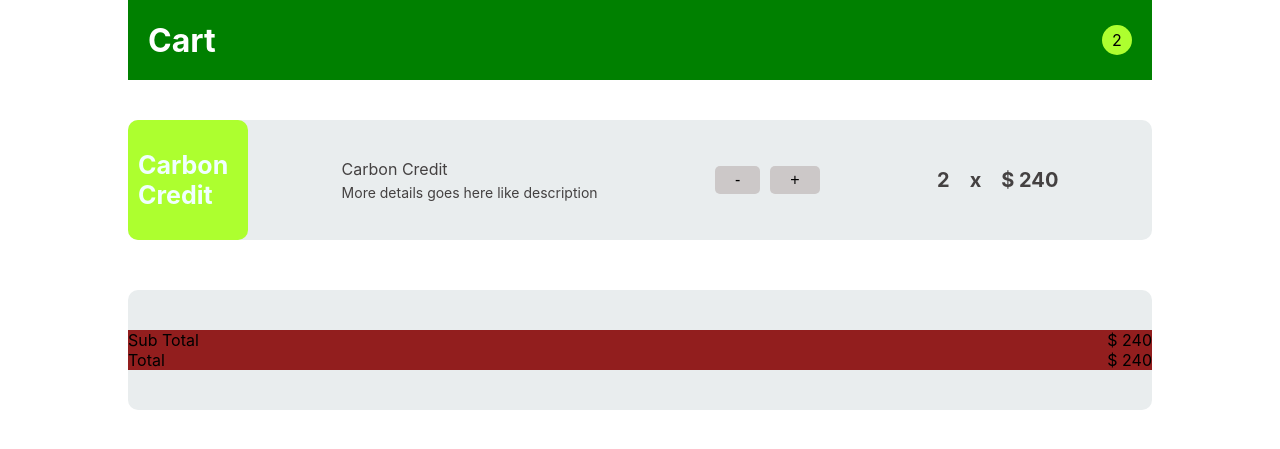
Repository: Yowani24/CarbonApp
Page: /cart
An editor plug-in stored every save of this project. The page is shown before and after the next save, followed by the edit.
The browser window is 1280 px wide. The pictures show the whole page.
The project was rebuilt for these pictures with package versions that can differ from the ones it lists, and the page was loaded fresh each time. The framework's server and built-in components were replaced by stand-ins that run in the browser. Also part of the build but not shown: next.config.js.

Above is the page before, as saved 2021-09-26 21:06:30.

### pages/_app.js
import '../styles/globals.css'
import Cart from './cart';

function MyApp({ Component, pageProps }) {
  return (
    <>
      <Component {...pageProps} />
    </>
  );
}

export default MyApp

### pages/cart/index.js
import React from 'react';
import Head from 'next/head'

import styles from './Cart.module.css'

export default function Cart(props) {
    return (
        <>
          <Head>
              <title>Cart</title>
          </Head>
          <header>
              <div className={styles.interface}>
                    <div className={styles.header_content}>
                        <h1>Cart</h1>
                        <p>2</p>
                    </div>
              </div>
          </header>

          <section>
              <div className={styles.interface}>
                  <div className={styles.boxes}>
                      <div className={styles.content_box}>
                          <div className={styles.box}>
                              <h3>Carbon Credit</h3>
                          </div>

                          <div className={styles.product_details}>
                            <div className={styles.description}>
                                <p>Carbon Credit</p>
                                <p>More details goes here like description</p>
                            </div>

                            <div className={styles.quantity_controls}>
                                <button>-</button>
                                <button>+</button>
                            </div>

                            <div className={styles.current_money}>
                                <p>2</p>
                                <span>x</span>
                                <p>$ 240</p>
                            </div>
                          </div>
                      </div>
                  </div>

                  <div className={styles.total_to_pay_box}>
                      <span>
                          <p>Sub Total</p>
                          <p>$ 240</p>
                      </span>
                      <span>
                          <p>Total</p>
                          <p>$ 240</p>
                      </span>
                  </div>
              </div>
          </section>
        </>
    )
}

### styles/globals.css
html,
body {
  padding: 0;
  margin: 0;
  font-family: -apple-system, BlinkMacSystemFont, Segoe UI, Roboto, Oxygen,
    Ubuntu, Cantarell, Fira Sans, Droid Sans, Helvetica Neue, sans-serif;
}

a {
  color: inherit;
  text-decoration: none;
}

* {
  margin: 0;
  box-sizing: border-box;
}

### pages/cart/Cart.module.css
.interface{
    width: 80%;
    margin: 0 auto;
}
.header_content{
    display: flex;
    justify-content: space-between;
    align-items: center;
    height: 80px;
    padding: 0 20px;
    background: green;
}
.header_content h1{
    color: #FFFFFF;
}
.header_content p{
    background: greenyellow;
    display: flex;
    justify-content: center;
    align-items:center;
    width: 30px;
    height: 30px;
    border-radius: 100%;
}


.boxes{
    margin-top: 40px;
}
.content_box{
    width: 100%;
    height: 120px;
    background:rgb(233, 237, 238);
    border-radius: 10px;

    display: flex;
    align-items:center;
}
.box{
    width: 120px;
    background: greenyellow;
    height: 100%;
    border-radius: 10px;

    display: flex;
    justify-content: center;
    align-items: center;
}
.box h3{
    font-size: 25px;
    width: 100px;
    color: azure;
}
.product_details{
    display: flex;
    justify-content: space-between;
    align-items: center;
    width: 70%;
    margin: 0 auto;
    color: hsl(0, 2%, 26%);
}
.description p:nth-child(2){
    margin-top: 5px;
    font-size: 14px;
}
.quantity_controls button{
    border: none;
    padding: 5px 20px;
    margin: 0 5px;
    border-radius: 5px;
    font-size: 16px;
    background: rgb(204, 200, 200);
}
.quantity_controls button:active{
    background: rgb(148, 146, 146);
}
.current_money{
    display: flex;
    font-size: 20px;
    font-weight: bold;
}
.current_money span{
    padding: 0 20px;
}

.total_to_pay_box{
    width: 100%;
    height: 120px;
    background:rgb(233, 237, 238);
    border-radius: 10px;

    display: flex;
    flex-direction: column;
    justify-content: center;
    margin-top: 50px;
}

.total_to_pay_box span{
    display: flex;
    background: rgb(146, 30, 30);
    justify-content: space-between;

}

After the next save:
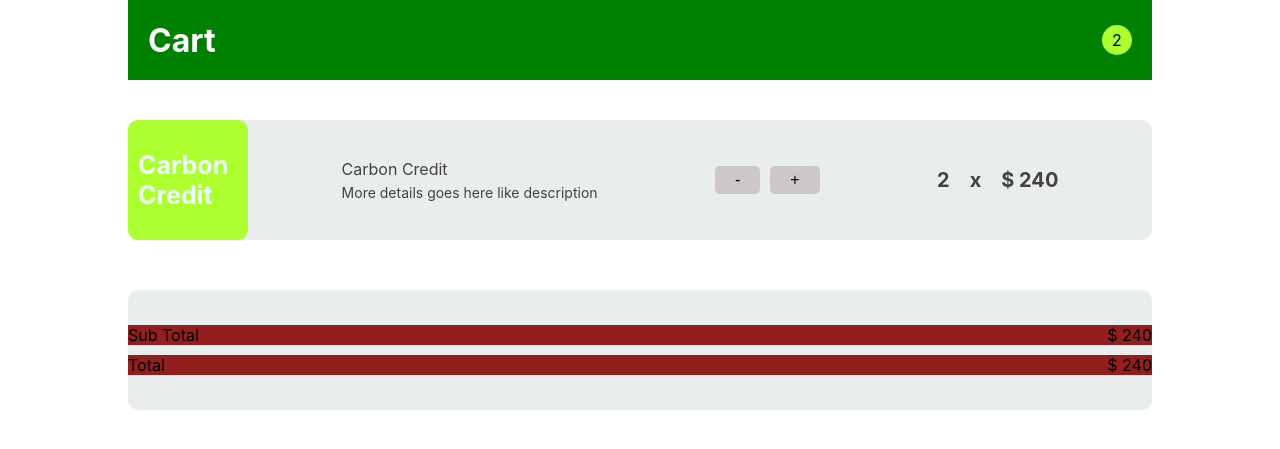
Saved 29 s later.
--- a/pages/cart/Cart.module.css
+++ b/pages/cart/Cart.module.css
@@ -99,5 +99,6 @@
     display: flex;
     background: rgb(146, 30, 30);
     justify-content: space-between;
+    margin: 5px 0;
 
 }
